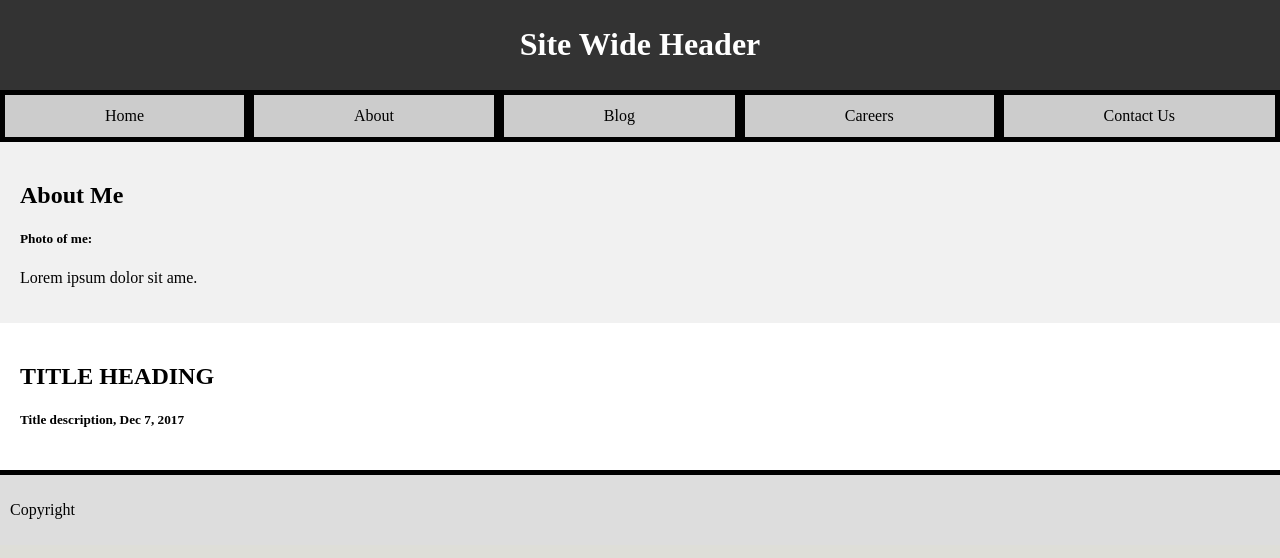
Repository: ayeza-baseer/AssignmentFlexbox
Page: assignment.html
These files come from the project's save history. The page is drawn as it stood at one moment and after the next save; the edit follows.
The browser window is 1280 px wide. The pictures show the whole page.

Above is the page before, as saved 2023-03-17 16:04:19.

### assignment.html
<!DOCTYPE html>
<html lang="en">
<head>
    <title>Assignment</title>
    <link rel="stylesheet" href="assignment.css">


</head>
<body>
<div>
    <header class="header"><h1>
        Site Wide Header
    </h1></header>
    <div class="navbar">
        <a href="#">Home</a>
        <a href="#">About</a>
        <a href="#">Blog</a>
        <a href="#">Careers</a>
        <a href="#">Contact Us</a>
      </div>
    <!-- <div class="row">
      <div class="main">
        <h3>This is the heading</h3>
        <p>Lorem ipsum dolor sit amet, consectetur adipiscing elit, sed do eiusmod tempor incididunt ut labore et dolore magna aliqua. Ut enim ad minim veniam, quis nostrud exercitation ullamco laboris nisi ut aliquip ex ea commodo consequat. Duis aute irure dolor in reprehenderit in voluptate velit esse cillum dolore eu fugiat nulla pariatur. Excepteur sint occaecat cupidatat non proident, sunt in culpa qui officia deserunt mollit anim id est laborum.</p>
      </div>
      <div class="aside">
        <h3>Aside Heading</h3>
        <p>Lorem Ipsum is simply  piscing elit, sed do eiusmod tempor incididunt ut labore et dolore magna a</p>
      </div>
    </div> -->

    <div class="row">
        <div class="side">
          <h2>About Me</h2>
          <h5>Photo of me:</h5>

          <p>Lorem ipsum dolor sit ame.</p>

        </div>
        <div class="main">
          <h2>TITLE HEADING</h2>
          <h5>Title description, Dec 7, 2017</h5>


        </div>
      </div>
</div>



<footer class="footer">
    <p>Copyright</p>
</footer>

</body>
</html>

### assignment.css
.header {
  padding: 5px;
  background-color: #333;
  color: #ccc;

  text-align: center;

  color: white;
}

body {
  margin: 0;
  background-color: #deded8;
}

.navbar {
  display: flex;
  background-color: black;
}

.navbar a {
  color: black;

  background-color: #ccc;
  padding: 12px 12px;
  text-decoration: none;
  text-align: center;
  flex-grow: 1;
  border: 5px solid black;
}

.navbar a:hover {
  color: red;
  border: 5px solid red;
}

.row {
    display: flex;
    flex-wrap: wrap;
  }

  /* Create two unequal columns that sits next to each other */
  /* Sidebar/left column */
  .side {
    flex: 30%;
    background-color: #f1f1f1;
    padding: 20px;
  }

  /* Main column */
  .main {
    flex: 70%;
    background-color: white;
    padding: 20px;
  }

.footer {

    padding: 10px;
    border-top: 5px solid black;
    background: #ddd;
  }




  @media  screen and (max-width: 700px) {
    .row {
        flex-direction: column;
      }

      .navbar{
        display: none;
      }
  }

  /* @media screen and (min-width: 421px) {
    .navbar{
        order:1
      }
  } */

After the next save:
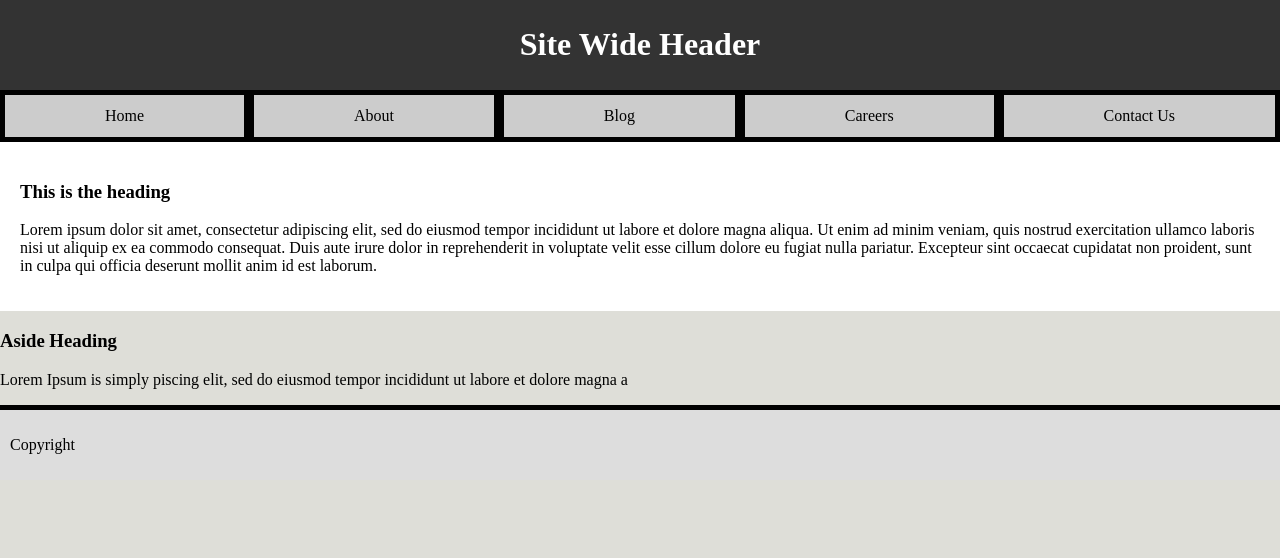
Saved 87 s later.
--- a/assignment.html
+++ b/assignment.html
@@ -18,7 +18,7 @@
         <a href="#">Careers</a>
         <a href="#">Contact Us</a>
       </div>
-    <!-- <div class="row">
+    <div class="row">
       <div class="main">
         <h3>This is the heading</h3>
         <p>Lorem ipsum dolor sit amet, consectetur adipiscing elit, sed do eiusmod tempor incididunt ut labore et dolore magna aliqua. Ut enim ad minim veniam, quis nostrud exercitation ullamco laboris nisi ut aliquip ex ea commodo consequat. Duis aute irure dolor in reprehenderit in voluptate velit esse cillum dolore eu fugiat nulla pariatur. Excepteur sint occaecat cupidatat non proident, sunt in culpa qui officia deserunt mollit anim id est laborum.</p>
@@ -27,23 +27,9 @@
         <h3>Aside Heading</h3>
         <p>Lorem Ipsum is simply  piscing elit, sed do eiusmod tempor incididunt ut labore et dolore magna a</p>
       </div>
-    </div> -->
-
-    <div class="row">
-        <div class="side">
-          <h2>About Me</h2>
-          <h5>Photo of me:</h5>
-
-          <p>Lorem ipsum dolor sit ame.</p>
-
-        </div>
-        <div class="main">
-          <h2>TITLE HEADING</h2>
-          <h5>Title description, Dec 7, 2017</h5>
+    </div>
 
 
-        </div>
-      </div>
 </div>
 
 
